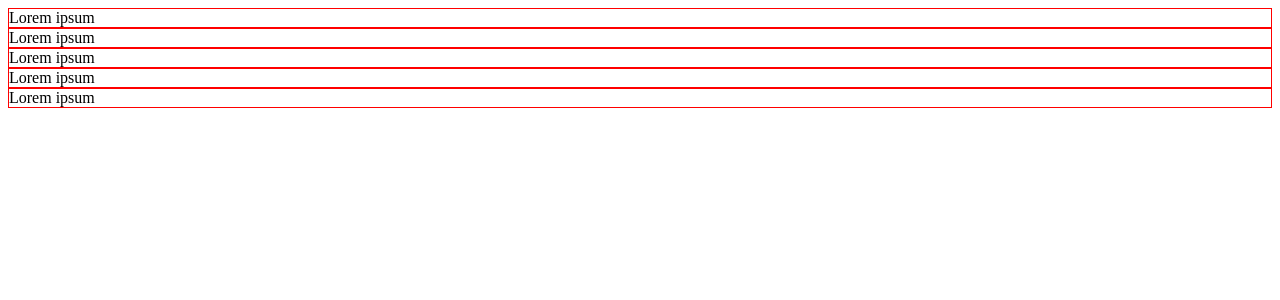
Repository: soso1525/bitcamp
Page: workspace/java-web/src/main/webapp/ch2/2-50.html
An editor plug-in stored every save of this project. The page is shown before and after the next save, followed by the edit.
The browser window is 1280 px wide. The pictures show the whole page.

Above is the page before, as saved 2017-12-12 07:56:01.

### workspace/java-web/src/main/webapp/ch2/2-50.html
<!DOCTYPE html>
<html>
<head>
    <title>HTML5 Basic</title>
    <style>
        div {
            border: 1px solid red;
        }
    </style>
</head>
<body>
    <div>Lorem ipsum</div>
    <div>Lorem ipsum</div>
    <div>Lorem ipsum</div>
    <div>Lorem ipsum</div>
    <div>Lorem ipsum</div>
</body>
</html>

After the next save:
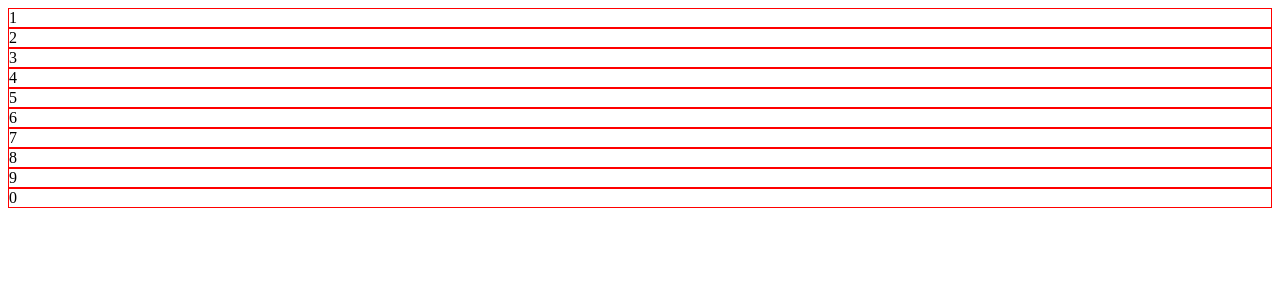
Saved 63 s later.
--- a/workspace/java-web/src/main/webapp/ch2/2-50.html
+++ b/workspace/java-web/src/main/webapp/ch2/2-50.html
@@ -9,10 +9,16 @@
     </style>
 </head>
 <body>
-    <div>Lorem ipsum</div>
-    <div>Lorem ipsum</div>
-    <div>Lorem ipsum</div>
-    <div>Lorem ipsum</div>
-    <div>Lorem ipsum</div>
+    <div>1</div>
+    <div>2</div>
+    <div>3</div>
+    <div>4</div>
+    <div>5</div>
+    <div>6</div>
+    <div>7</div>
+    <div>8</div>
+    <div>9</div>
+    <div>0</div>
+
 </body>
 </html>
